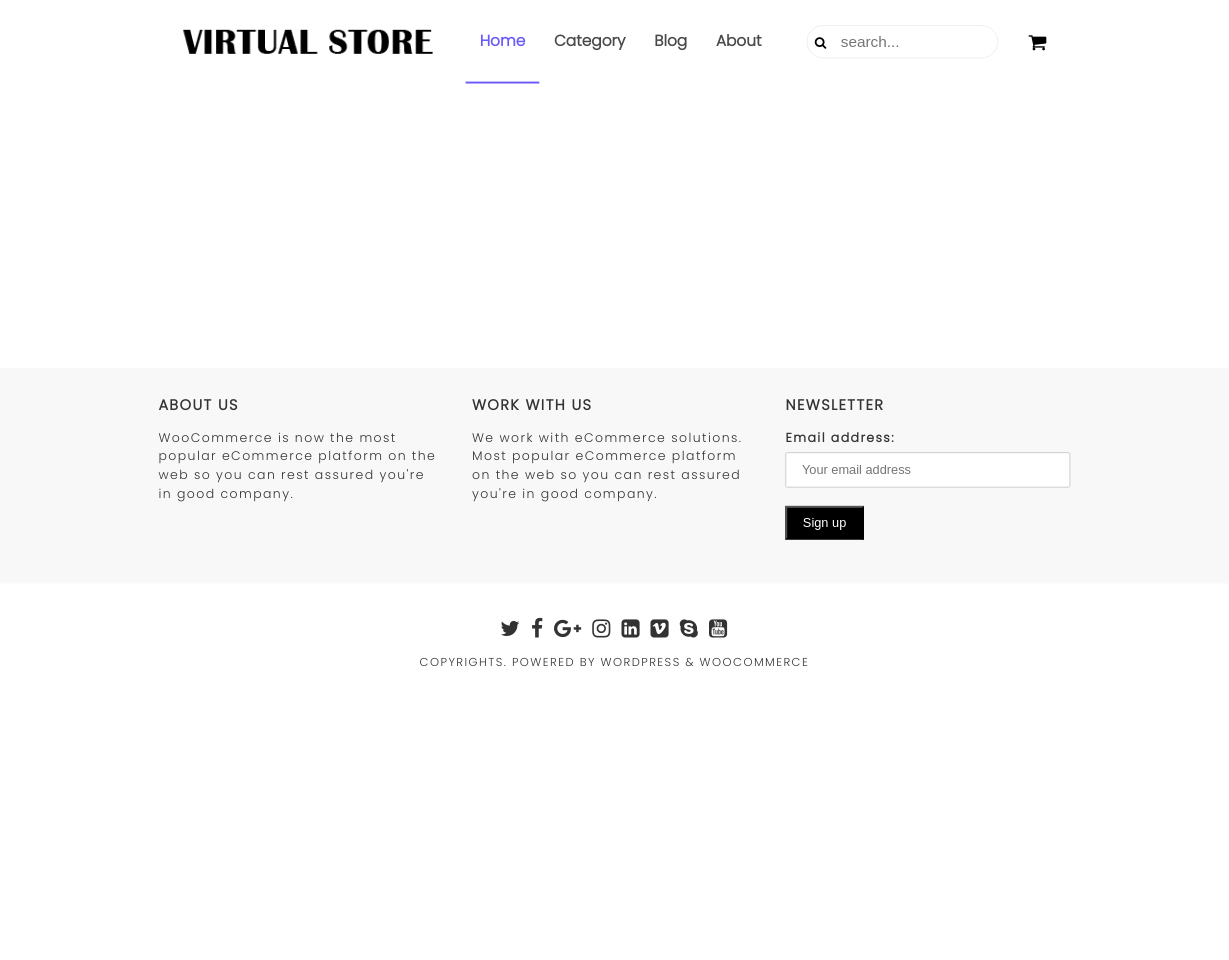
Repository: dungle03/tke_web_nhom_15
Page: index.html
An editor plug-in stored every save of this project. The page is shown before and after the next save, followed by the edit.
The browser window is 1280 px wide. The pictures show the whole page, at 96% of full size.

Above is the page before, as saved 2022-09-13 03:05:47.
Not found: resest.css

After the next save:
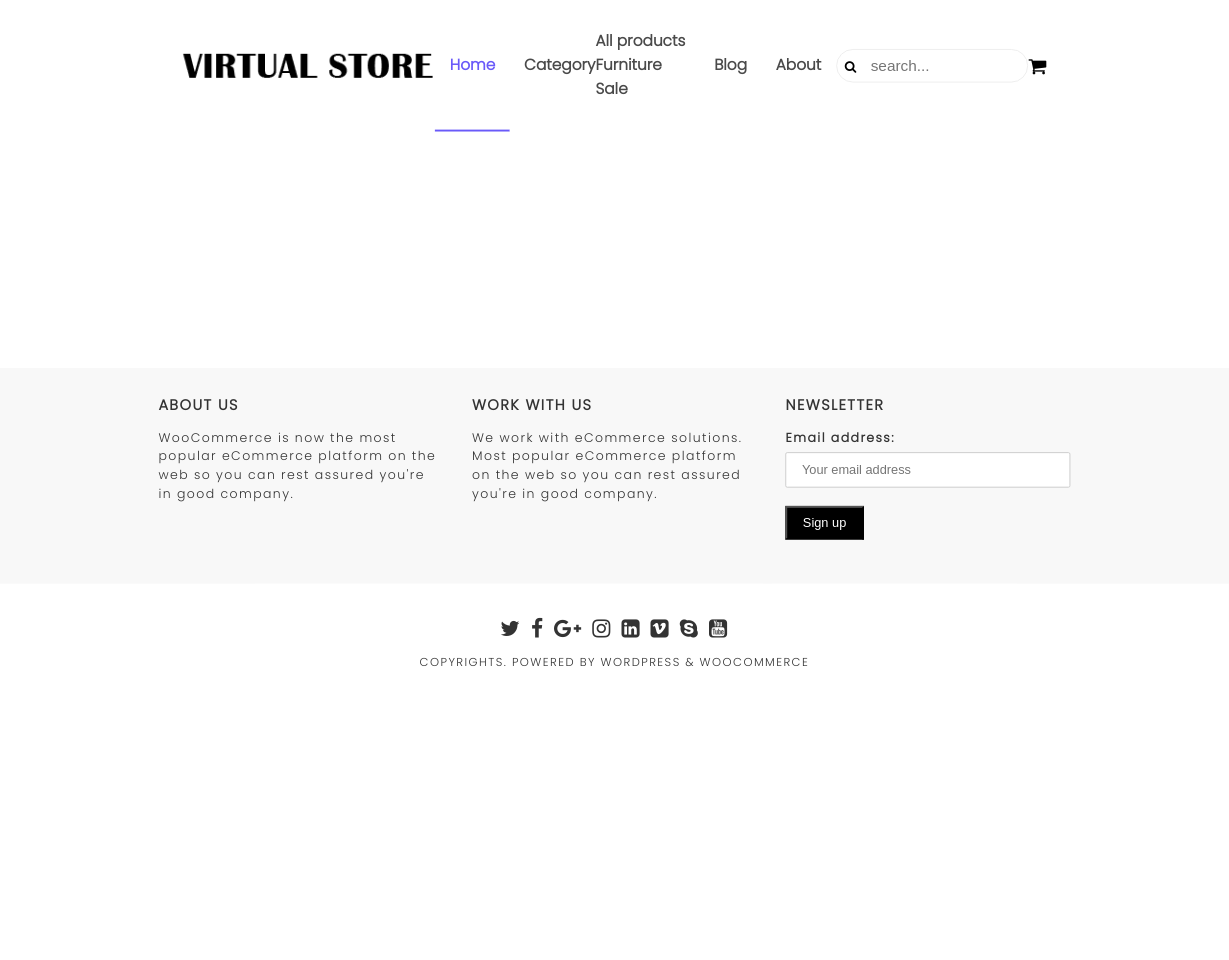
Saved 4 min 26 s later.
--- a/index.html
+++ b/index.html
@@ -25,8 +25,13 @@
             <ul class="navi">
                 <li class="item active"><a href="#" class="home">Home</a>
                 </li>
-                <ul class="item"><a href="#" class="category">Category</a>
-                </ul>
+                <li class="item"><a href="#" class="category">Category</a>
+                    <ul class="subnavy">
+                        <li><a href="#">All products</a></li>
+                        <li><a href="#">Furniture</a></li>
+                        <li><a href="#">Sale</a></li>
+                    </ul>
+                </li>
                 <li class="item"><a href="#" class="blog">Blog</a>
                 </li>
                 <li class="item"><a href="#" class="about">About</a>
